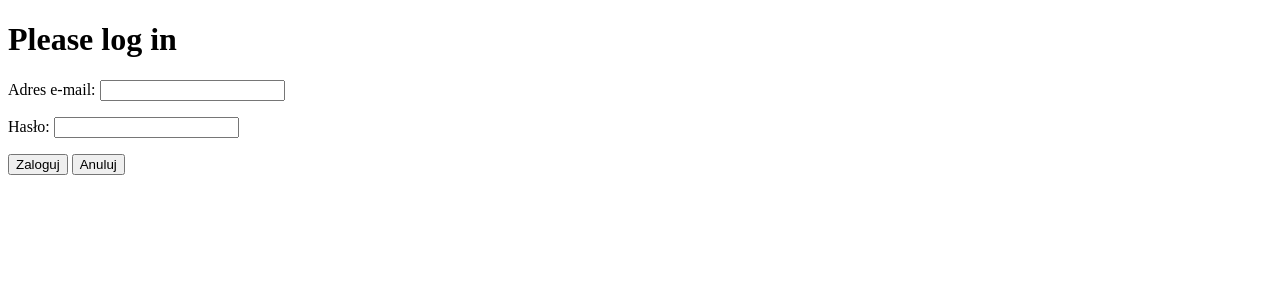
Repository: SirRabbitt/Aplikacja-crud-z-logowaniem-php-js-
Page: http://localhost/login.php
These files come from the project's save history. The page is drawn as it stood at one moment and after the next save; the edit follows.
The browser window is 1280 px wide. The pictures show the whole page.
The page is run by PHP 8.4 with error messages shown; the project is at /var/www/html/. pdo.php is not in the repository; a stand-in opens the database connection. Other server files are loaded and not shown.

Above is the page before, as saved 2024-05-21 12:48:27.

### login.php
<?php
session_start();
require_once "pdo.php";

if (isset($_POST['cancel'])) {
    header("Location: index.php");
    return;
}

if (isset($_POST['email']) && isset($_POST['pass'])) {
    if (strlen($_POST['email']) < 1 || strlen($_POST['pass']) < 1) {
        $_SESSION['error'] = "Wszystkie pola są wymagane";
        header("Location: login.php");
        return;
    } else {
        $check = hash('md5', 'XyZzy12*_'.$_POST['pass']);
        $stmt = $pdo->prepare("SELECT user_id, name FROM users WHERE email = :em AND password = :pw");
        $stmt->execute(array(':em' => $_POST['email'], ':pw' => $check));
        $row = $stmt->fetch(PDO::FETCH_ASSOC);
        if ($row !== false) {
            $_SESSION['name'] = $row['name'];
            $_SESSION['user_id'] = $row['user_id'];
            header("Location: index.php");
            return;
        } else {
            $_SESSION['error'] = "Niepoprawny adres e-mail lub hasło";
            header("Location: login.php");
            return;
        }
    }
}
?>
<!DOCTYPE html>
<html>
<head>
<title>b82706ae</title>
<script>
function showError() {
    alert("Niepoprawny adres e-mail lub hasło");
}
</script>
</head>
<body>
<h1>Please log in</h1>
<?php
if (isset($_SESSION['error'])) {
    echo "<script>showError();</script>";
    unset($_SESSION['error']);
}
?>
<form method="POST">
<p>Adres e-mail: <input type="text" name="email"></p>
<p>Hasło: <input type="password" name="pass"></p>
<input type="submit" value="Zaloguj">
<input type="submit" name="cancel" value="Anuluj">
</form>
</body>
</html>

After the next save:
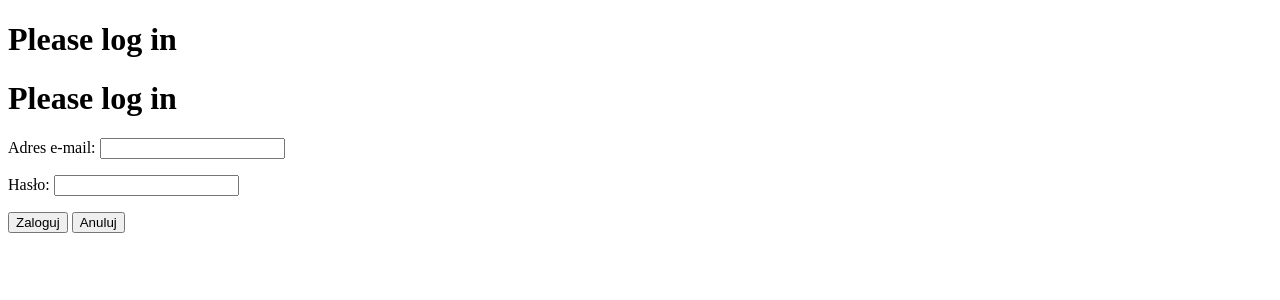
Saved 55 s later.
--- a/login.php
+++ b/login.php
@@ -48,6 +48,7 @@ if (isset($_SESSION['error'])) {
     unset($_SESSION['error']);
 }
 ?>
+<h1>Please log in</h1>
 <form method="POST">
 <p>Adres e-mail: <input type="text" name="email"></p>
 <p>Hasło: <input type="password" name="pass"></p>
